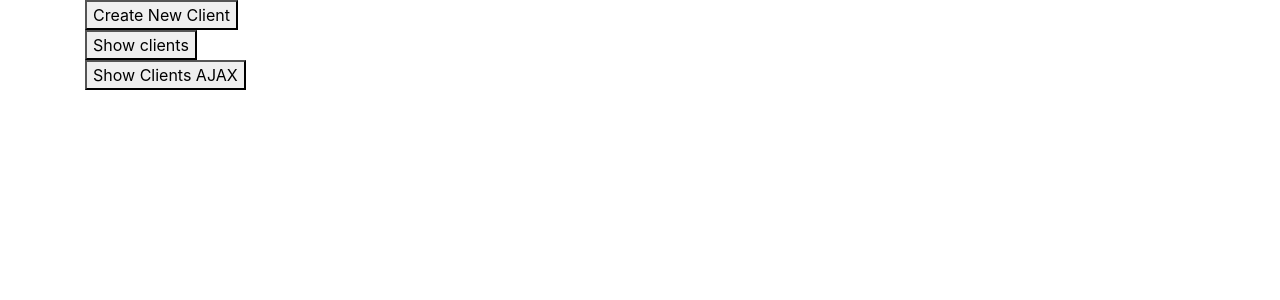
Repository: motiejus1/16-paskaita-PHP-05.31
Page: http://localhost/
The author's editor kept a copy of each file at every save. The page is drawn from the files as they stood at one save, then again after a run of saves.
The browser window is 1280 px wide. The pictures show the whole page.
Some web libraries are served in a nearby version. The page is run by PHP 8.4 with error messages shown; the project is at /var/www/html/.

Above is the page before, as saved 2021-09-08 20:44:01.

After the next 2 saves:
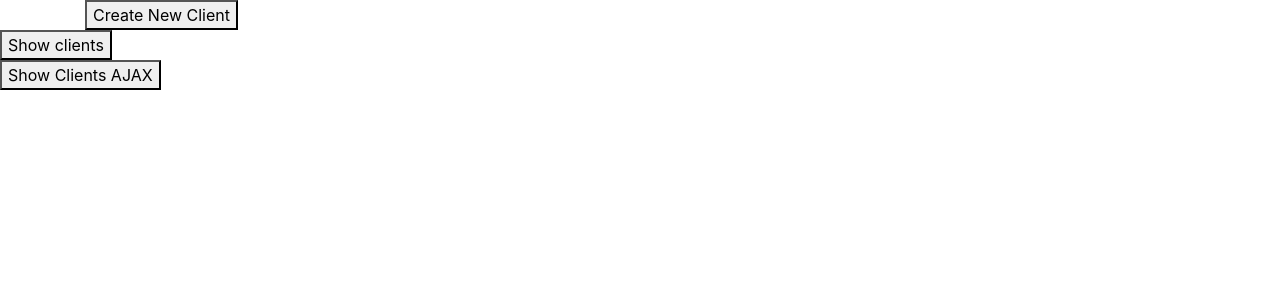
The 2 saves are shown as one change because they came seconds apart.
The last was saved 11 s later.
--- a/index.php
+++ b/index.php
@@ -16,6 +16,7 @@
     <div class="container">
 
         <button id="create"> Create New Client </button>
+        <d
         <div id="clientForm" class="d-none">
 
 

After the 2 saves that followed:
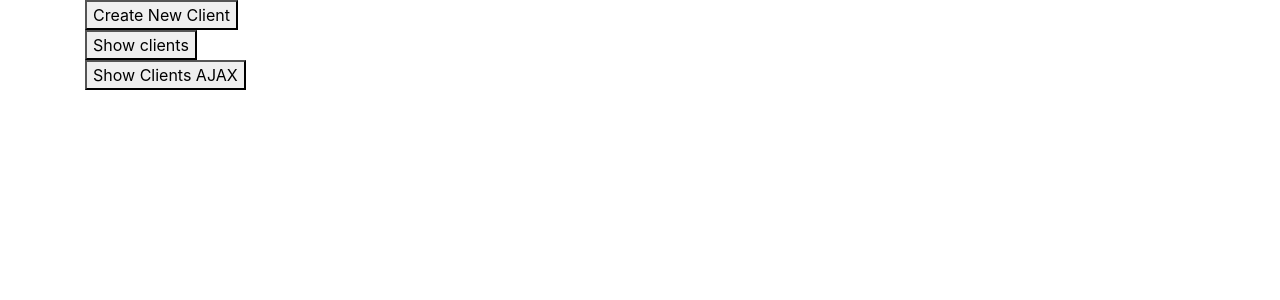
The 2 saves are shown as one change because they came seconds apart.
The last was saved 12 s later.
--- a/index.php
+++ b/index.php
@@ -16,7 +16,7 @@
     <div class="container">
 
         <button id="create"> Create New Client </button>
-        <d
+        <div id="alert-space"></div>
         <div id="clientForm" class="d-none">
 
 
